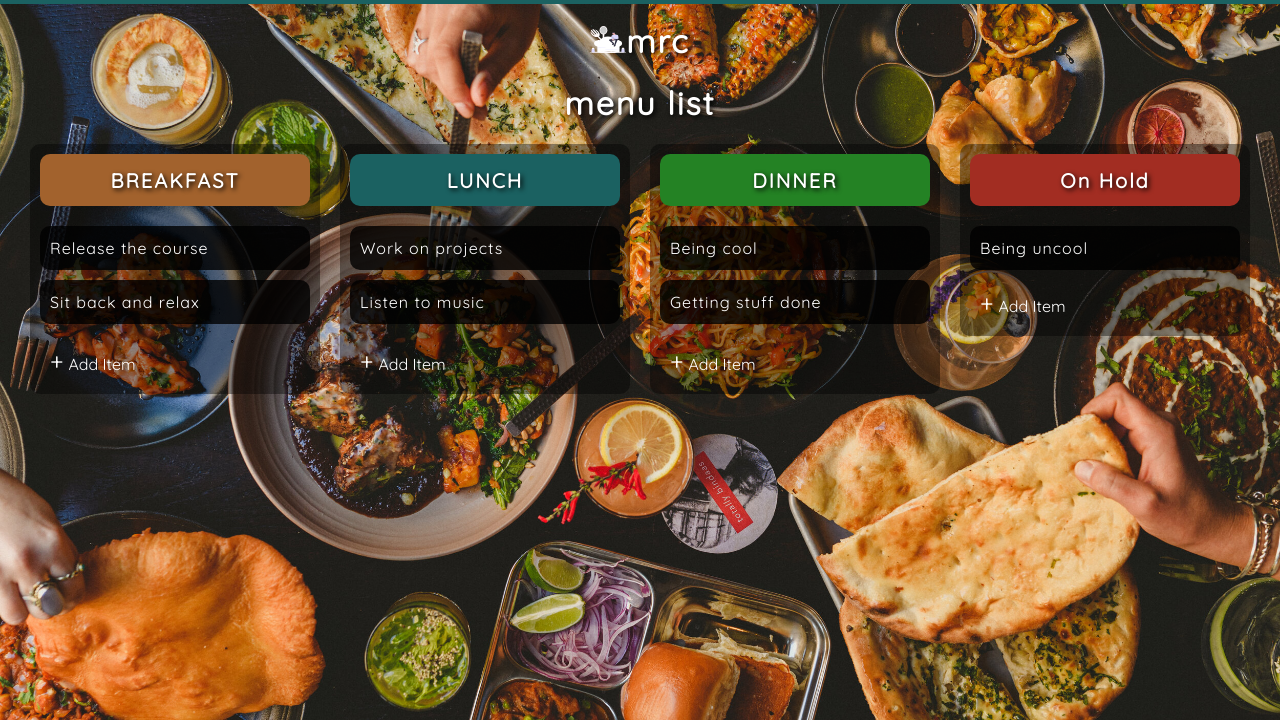
Repository: Anasooya2601/drag-and-drop
Page: index.html
These files come from the project's save history. The page is drawn as it stood at one moment and after the next save; the edit follows.
The browser window is 1280 px wide. The pictures show the whole page.

Above is the page before, as saved 2021-02-15 20:06:09.

### index.html
<!DOCTYPE html>
<html lang="en">
<head>
    <meta charset="UTF-8">
    <meta name="viewport" content="width=device-width, initial-scale=1.0">
    <title>mrc</title>
    <link rel="icon" type="image/png" href="favicon.png">
    <link rel="stylesheet" href="style.css">
</head>
<body>

   <h1 class="main-title"> <img src="mrc.svg" width="36px" alt="" srcset="">mrc</h1>

    <h1 class="main-title">menu list</h1>

    <div class="drag-container">
        <ul class="drag-list">
            <!-- Backlog Column -->
            <li class="drag-column backlog-column">
                <span class="header">
                    <h1>BREAKFAST</h1>
                </span>
                <!-- Backlog Content -->
                <div id="backlog-content" class="custom-scroll">
                    <ul class="drag-item-list" id="backlog-list" ondrop="drop(event)" ondragover="allowDrop(event)" ondragenter="dragEnter(0)"></ul>
                </div>
                <!-- Add Button Group -->
                <div class="add-btn-group">
                    <div class="add-btn" onclick="showInputBox(0)">
                        <span class="plus-sign">+</span>
                        <span>Add Item</span>
                    </div>
                    <div class="add-btn solid" onclick="hideInputBox(0)">
                        <span>Save Item</span>
                    </div>
                </div>
                <div class="add-container">
                    <div class="add-item" contenteditable="true"></div>
                </div>
            </li>
            <!-- Progress Column -->
            <li class="drag-column progress-column">
                <span class="header">
                    <h1>LUNCH</h1>
                </span>
                <!-- Progress Content -->
                <div id="progress-content" class="custom-scroll">
                    <ul class="drag-item-list" id="progress-list" ondrop="drop(event)" ondragover="allowDrop(event)" ondragenter="dragEnter(1)"></ul>
                </div>
                <!-- Add Button Group -->
                <div class="add-btn-group">
                    <div class="add-btn" onclick="showInputBox(1)">
                        <span class="plus-sign">+</span>
                        <span>Add Item</span>
                    </div>
                    <div class="add-btn solid" onclick="hideInputBox(1)">
                        <span>Save Item</span>
                    </div>
                </div>
                <div class="add-container">
                    <div class="add-item" contenteditable="true"></div>
                </div>
            </li>
            <!-- Complete Column -->
            <li class="drag-column complete-column">
                <span class="header">
                    <h1>DINNER</h1>
                </span>
                <!-- Complete Content -->
                <div id="complete-content" class="custom-scroll">
                    <ul class="drag-item-list" id="complete-list" ondrop="drop(event)" ondragover="allowDrop(event)" ondragenter="dragEnter(2)"></ul>
                </div>
                <!-- Add Button Group -->
                <div class="add-btn-group">
                    <div class="add-btn" onclick="showInputBox(2)">
                        <span class="plus-sign">+</span>
                        <span>Add Item</span>
                    </div>
                    <div class="add-btn solid" onclick="hideInputBox(2)">
                        <span>Save Item</span>
                    </div>
                </div>
                <div class="add-container">
                    <div class="add-item" contenteditable="true"></div>
                </div>
            </li>
            <!-- On Hold Column -->
            <li class="drag-column on-hold-column">
                <span class="header">
                    <h1>On Hold</h1>
                </span>
                <!-- On Hold Content -->
                <div id="on-hold-content" class="custom-scroll">
                    <ul class="drag-item-list" id="on-hold-list" ondrop="drop(event)" ondragover="allowDrop(event)" ondragenter="dragEnter(3)"></ul>
                </div>
                <!-- Add Button Group -->
                <div class="add-btn-group">
                    <div class="add-btn" onclick="showInputBox(3)">
                        <span class="plus-sign">+</span>
                        <span>Add Item</span>
                    </div>
                    <div class="add-btn solid" onclick="hideInputBox(3)">
                        <span>Save Item</span>
                    </div>
                </div>
                <div class="add-container">
                    <div class="add-item" contenteditable="true"></div>
                </div>
            </li>
        </ul>
</div>
<nav>
    <ul>
        <li>
            <a href="#">
                <i class="fas fa-home"></i>
                <span>HOME</span>
            </a>
        </li>
        <li>
            <a href="#">
                <i class="fas fa-bell"></i>
                <span>ALERTS</span>
            </a>
        </li>
        <li>
            <a href="#">
                <i class="fas fa-paper-plane"></i>
                <span>CHAT</span>
            </a>
        </li>
    </ul>
</nav>

    <!-- Script -->
    <script src="script.js"></script>
</body>
</html>

### style.css
/* Trees Image - Pexels: https://www.pexels.com/photo/photo-of-trees-in-forest-3801030/ */
@import url("https://fonts.googleapis.com/css?family=Quicksand&display=swap");

html {
  box-sizing: border-box;
}

:root {
  --column-1: #a2622d;
  --column-2: #1b6161;
  --column-3: #248224;
  --column-4: #a22d22;
}

body {
  margin: 0;
  background: url("./mrc.jpg");
  background-size: cover;
  background-position: 50% 60%;
  background-attachment: fixed;
  color: white;
  font-family: Quicksand, sans-serif;
  overflow-y: hidden;
}
nav{
  top: 0px;
  position:fixed;
  display:flex;
  background:#1b6161;
  height:0.5%;
  width: 100%;
  line-height:60px;
  overflow: hidden;
  box-shadow:0 0 40px rgba(0, 0, 0, 0.2);
}
nav ul{
  display: flex;
  text-align: center;
}
nav ul li{
  cursor: pointer;
}

h1 {
  letter-spacing: 2px;
  text-shadow: 2px 2px 5px black;
}

.main-title {
  text-align: center;
  font-size: 3rem;
}

ul {
  list-style-type: none;
  margin: 0;
  padding: 0;
}

.drag-container {
  margin: 20px;
}

.drag-list {
  display: flex;
  align-items: flex-start;
}

/* Columns */
.drag-column {
flex: 1;
  margin: 0 10px;
  position: relative;
  background-color: rgba(0, 0, 0, 0.4);
  border-radius: 10px;
  overflow-x: hidden;
}

.backlog-column .header,
.backlog-column .solid,
.backlog-column .solid:hover,
.backlog-column .over {
  background-color: var(--column-1);
}

.progress-column .header,
.progress-column .solid,
.progress-column .solid:hover,
.progress-column .over {
  background-color: var(--column-2);
}

.complete-column .header,
.complete-column .solid,
.complete-column .solid:hover,
.complete-column .over {
  background-color: var(--column-3);
}

.on-hold-column .header,
.on-hold-column .solid,
.on-hold-column .solid:hover,
.on-hold-column .over {
  background-color: var(--column-4);
}

/* Custom Scrollbar */
.custom-scroll {
  overflow-y: auto;
  max-height: 75vh;
}

.custom-scroll::-webkit-scrollbar-track {
  box-shadow: inset 0 0 6px rgba(0, 0, 0, 0.4);
  border-radius: 10px;
  background-color: rgba(255, 255, 255, 0.3);
  margin-right: 5px;
}

.custom-scroll::-webkit-scrollbar {
  width: 10px;
}

.custom-scroll::-webkit-scrollbar-thumb {
  border-radius: 10px;
  box-shadow: inset 0 0 6px rgba(0, 0, 0, 0.3);
  background-color: rgba(0, 0, 0, 0.8);
}

.header {
  display: flex;
  justify-content: center;
  border-radius: 10px;
  margin: 10px;
}

.header h1 {
  font-size: 1.25rem;
}

/* Drag and Drop */
.over {
  padding: 50px 10px;
}

.drag-item-list {
  min-height: 50px;
}

.drag-item {
  margin: 10px;
  padding: 10px;
  height: fit-content;
  background-color: rgba(0, 0, 0, 0.8);
  border-radius: 10px;
  line-height: 1.5rem;
  letter-spacing: 1px;
  cursor: pointer;
}

.drag-item:focus {
  outline: none;
  background-color: white;
  color: black;
}

/* Add Button Group */
.add-btn-group {
  display: flex;
  justify-content: space-between;
}

.add-btn {
  margin: 10px;
  padding: 5px 10px;
  display: flex;
  align-items: center;
  cursor: pointer;
  width: fit-content;
  border-radius: 5px;
  transition: all 0.3s ease-in;
  user-select: none;
}

.add-btn:hover {
  background-color: rgba(255, 255, 255, 0.9);
  color: black;
}

.add-btn:active {
  transform: scale(0.97);
}

.solid {
  display: none;
}

.solid:hover {
  transition: unset;
  filter: brightness(95%);
  color: white;
}

.plus-sign {
  font-size: 1.5rem;
  margin-right: 5px;
  position: relative;
  top: -3px;
}

.add-container {
  margin: 10px;
  padding: 5px 10px;
  border-radius: 10px;
  background-color: rgba(255, 255, 255, 0.9);
  min-height: 100px;
  display: none;
}

.add-item {
  width: 100%;
  min-height: 100px;
  height: auto;
  background-color: white;
  border-radius: 10px;
  margin: 5px auto;
  resize: none;
  color: black;
  padding: 10px;
}

.add-item:focus {
  outline: none;
}

/* Media Query: Laptop */
@media screen and (max-width: 1800px) {
  .main-title {
    font-size: 2rem;
  }
}

/* Media Query: Large Smartphone (Vertical) */
@media screen and (max-width: 600px) {
  body {
    overflow-y: auto;
  }

  .drag-container {
    margin: 0;
  }

  .drag-list {
    display: block;
  }

  .drag-column {
    margin: 10px;
  }
}

.footer {
  position: fixed;
  left: 0;
  bottom: 0;
  width: 100%;
  height: 10%;
  background-color: black;
  color: white;
  position: flex;
  text-align: center;
}

### script.js
const addBtns = document.querySelectorAll('.add-btn:not(.solid)');
const saveItemBtns = document.querySelectorAll('.solid');
const addItemContainers = document.querySelectorAll('.add-container');
const addItems = document.querySelectorAll('.add-item');
// Item Lists
const listColumns = document.querySelectorAll('.drag-item-list');
const backlogListEl = document.getElementById('backlog-list');
const progressListEl = document.getElementById('progress-list');
const completeListEl = document.getElementById('complete-list');
const onHoldListEl = document.getElementById('on-hold-list');

// Items
let updatedOnLoad = false;

// Initialize Arrays
let backlogListArray = [];
let progressListArray = [];
let completeListArray = [];
let onHoldListArray = [];
let listArrays = [];

// Drag Functionality
let draggedItem;
let dragging = false;
let currentColumn;

// Get Arrays from localStorage if available, set default values if not
function getSavedColumns() {
  if (localStorage.getItem('backlogItems')) {
    backlogListArray = JSON.parse(localStorage.backlogItems);
    progressListArray = JSON.parse(localStorage.progressItems);
    completeListArray = JSON.parse(localStorage.completeItems);
    onHoldListArray = JSON.parse(localStorage.onHoldItems);
  } else {
    backlogListArray = ['Release the course', 'Sit back and relax'];
    progressListArray = ['Work on projects', 'Listen to music'];
    completeListArray = ['Being cool', 'Getting stuff done'];
    onHoldListArray = ['Being uncool'];
  }
}

// Set localStorage Arrays
function updateSavedColumns() {
  listArrays = [backlogListArray, progressListArray, completeListArray, onHoldListArray];
  const arrayNames = ['backlog', 'progress', 'complete', 'onHold'];
  arrayNames.forEach((arrayName, index) => {
    localStorage.setItem(`${arrayName}Items`, JSON.stringify(listArrays[index]));
  });
}

// Filter Array to remove empty values
function filterArray(array) {
  const filteredArray = array.filter(item => item !== null);
  return filteredArray;
}

// Create DOM Elements for each list item
function createItemEl(columnEl, column, item, index) {
  // List Item
  const listEl = document.createElement('li');
  listEl.textContent = item;
  listEl.id = index;
  listEl.classList.add('drag-item');
  listEl.draggable = true;
  listEl.setAttribute('onfocusout', `updateItem(${index}, ${column})`);
  listEl.setAttribute('ondragstart', 'drag(event)');
  listEl.contentEditable = true;
  // Append
  columnEl.appendChild(listEl);
}

// Update Columns in DOM - Reset HTML, Filter Array, Update localStorage
function updateDOM() {
  // Check localStorage once
  if (!updatedOnLoad) {
    getSavedColumns();
  }
  // Backlog Column
  backlogListEl.textContent = '';
  backlogListArray.forEach((backlogItem, index) => {
    createItemEl(backlogListEl, 0, backlogItem, index);
  });
  backlogListArray = filterArray(backlogListArray);
  // Progress Column
  progressListEl.textContent = '';
  progressListArray.forEach((progressItem, index) => {
    createItemEl(progressListEl, 1, progressItem, index);
  });
  progressListArray = filterArray(progressListArray);
  // Complete Column
  completeListEl.textContent = '';
  completeListArray.forEach((completeItem, index) => {
    createItemEl(completeListEl, 2, completeItem, index);
  });
  completeListArray = filterArray(completeListArray);
  // On Hold Column
  onHoldListEl.textContent = '';
  onHoldListArray.forEach((onHoldItem, index) => {
    createItemEl(onHoldListEl, 3, onHoldItem, index);
  });
  onHoldListArray = filterArray(onHoldListArray);
  // Don't run more than once, Update Local Storage
  updatedOnLoad = true;
  updateSavedColumns();
}

// Update Item - Delete if necessary, or update Array value
function updateItem(id, column) {
  const selectedArray = listArrays[column];
  const selectedColumn = listColumns[column].children;
  if (!dragging) {
    if (!selectedColumn[id].textContent) {
      delete selectedArray[id];
    } else {
      selectedArray[id] = selectedColumn[id].textContent;
    }
    updateDOM();
  }
}

// Add to Column List, Reset Textbox
function addToColumn(column) {
  const itemText = addItems[column].textContent;
  const selectedArray = listArrays[column];
  selectedArray.push(itemText);
  addItems[column].textContent = '';
  updateDOM(column);
}

// Show Add Item Input Box
function showInputBox(column) {
  addBtns[column].style.visibility = 'hidden';
  saveItemBtns[column].style.display = 'flex';
  addItemContainers[column].style.display = 'flex';
}

// Hide Item Input Box
function hideInputBox(column) {
  addBtns[column].style.visibility = 'visible';
  saveItemBtns[column].style.display = 'none';
  addItemContainers[column].style.display = 'none';
  addToColumn(column);
}

// Allows arrays to reflect Drag and Drop items
function rebuildArrays() {
  backlogListArray = [];
  for (let i = 0; i < backlogListEl.children.length; i++) {
    backlogListArray.push(backlogListEl.children[i].textContent);
  }
  progressListArray = [];
  for (let i = 0; i < progressListEl.children.length; i++) {
    progressListArray.push(progressListEl.children[i].textContent);
  }
  completeListArray = [];
  for (let i = 0; i < completeListEl.children.length; i++) {
    completeListArray.push(completeListEl.children[i].textContent);
  }
  onHoldListArray = [];
  for (let i = 0; i < onHoldListEl.children.length; i++) {
    onHoldListArray.push(onHoldListEl.children[i].textContent);
  }
  updateDOM();
}

// When Item Enters Column Area
function dragEnter(column) {
  listColumns[column].classList.add('over');
  currentColumn = column;
}

// When Item Starts Dragging
function drag(e) {
  draggedItem = e.target;
  dragging = true;
}

// Column Allows for Item to Drop
function allowDrop(e) {
  e.preventDefault();
}

// Dropping Item in Column
function drop(e) {
  e.preventDefault();
  const parent = listColumns[currentColumn];
  // Remove Background Color/Padding
  listColumns.forEach((column) => {
    column.classList.remove('over');
  });
  // Add item to Column
  parent.appendChild(draggedItem);
  // Dragging complete
  dragging = false;
  rebuildArrays();
}

// On Load
updateDOM();

After the next save:
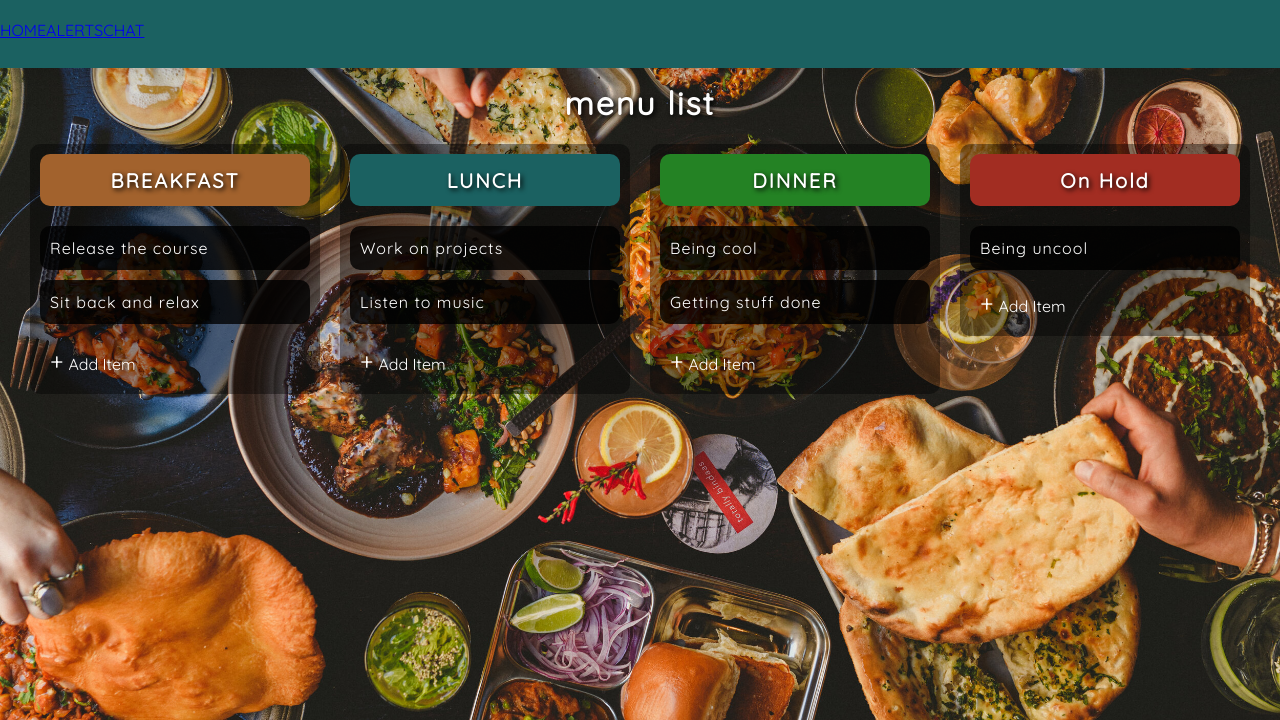
Saved 7 s later.
--- a/style.css
+++ b/style.css
@@ -27,7 +27,7 @@ nav{
   position:fixed;
   display:flex;
   background:#1b6161;
-  height:0.5%;
+  height:9.5%;
   width: 100%;
   line-height:60px;
   overflow: hidden;
